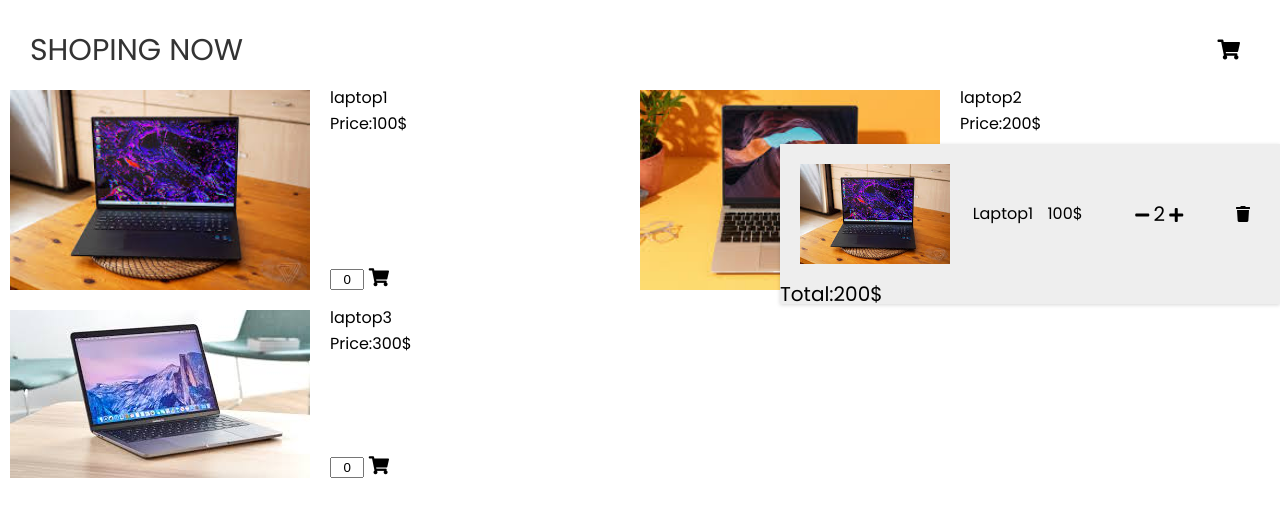
Repository: nttthao9/shopingcart
Page: index.html
An editor plug-in stored every save of this project. The page is shown before and after the next save, followed by the edit.
The browser window is 1280 px wide. The pictures show the whole page.
Some web libraries are served in a nearby version.

Above is the page before, as saved 2021-10-04 15:05:03.

### index.html
<!DOCTYPE html>
<html lang="en">

<head>
  <meta charset="UTF-8">
  <meta http-equiv="X-UA-Compatible" content="IE=edge">
  <meta name="viewport" content="width=device-width, initial-scale=1.0">
  <title>Shoping Cart</title>
  <link rel="preconnect" href="https://fonts.googleapis.com">
  <link rel="preconnect" href="https://fonts.gstatic.com" crossorigin>
  <link href="https://fonts.googleapis.com/css2?family=Poppins:wght@300;400;500;600&display=swap" rel="stylesheet">
  <link rel="stylesheet" href="https://cdnjs.cloudflare.com/ajax/libs/font-awesome/5.1.0-11/css/all.css"
    integrity="sha512-xO/VZFNBvip9IT+BD6Nq/pHdBvKeFcwygKqARlegjQ+5A68KsMSYrPbGP1oYow5ec9Tqq8peJXcn5J1bD4O00w=="
    crossorigin="anonymous" referrerpolicy="no-referrer" />
  <link rel="stylesheet" href="./styles/reset.css">
  <link rel="stylesheet" href="./styles/style.css">
</head>

<body>
  <div class="shoping">
    <div class="shoping-bar">
      <h2 class="shoping-title">Shoping now</h2>
      <div class="shoping-cart">
        <i class="fas fa-shopping-cart"></i>
      </div>
    </div>
    <div class="product-list">
      <!-- <div class="product-item">
        <img src="./images/laptop1.jpg" alt="" class="product-image">
        <div class="product-desc">
          <span class="product-name">Laptop1</span>
          <span>Price:<span class="product-price">100$</span></span>
          <div class="product-buy">
            <input type="number" name="" id="" class="product-count" value="0" min="0">
            <i class="fas fa-shopping-cart cart-icon"></i>
          </div>
        </div>
      </div> -->
    </div>
    <div class="cart">
      <div class="cart-item">
        <img src="./images/laptop1.jpg" alt="" class="cart-image">
        <div class="cart-desc">
          <span>Laptop1</span>
          <span>100$</span>
        </div>
        <div class="cart-change">
          <i class="fas fa-minus minus-count"></i>
          <span class="count">2</span>
          <i class="fas fa-plus plus-count"></i>
        </div>
        <i class="fa fa-trash trash-icon"></i>
      </div>
      <div class="total">Total:<span class="total-price">200$</span></div>
    </div>
  </div>
  <script src="./main.js"></script>
</body>

</html>

### styles/style.css
* {
  box-sizing: border-box;
}
html {
  font-size: 62.5%;
}
image {
  display: block;
  max-width: 100%;
}
input::-webkit-outer-spin-button,
input::-webkit-inner-spin-button {
  -webkit-appearance: none;
  margin: 0;
}
input[type='number'] {
  -moz-appearance: textfield;
}
body {
  font-family: 'Poppins', sans-serif;
  line-height: 1;
  font-size: 1.6rem;
}
.shoping {
  padding: 1rem;
}
.shoping-bar {
  display: flex;
  align-items: center;
  justify-content: space-between;
  padding: 2rem;
}
.shoping-title {
  font-size: 3rem;
  color: #333;
  text-transform: uppercase;
}
.shoping-cart {
  font-size: 2rem;
  padding: 1rem;
  cursor: pointer;
}
.product-list {
  display: flex;
  justify-content: space-between;
  flex-wrap: wrap;
}
.product-item {
  width: 50%;
  display: flex;
  margin-bottom: 2rem;
}
.product-name {
  display: block;
  margin-bottom: 1rem;
}
.product-price {
  display: inline-block;
  margin-bottom: 1rem;
}
.product-desc {
  margin-left: 2rem;
  display: flex;
  flex-direction: column;
}
.product-count {
  width: 15%;
  text-align: center;
}
.product-buy {
  margin-top: auto;
}
.cart-icon {
  display: inline-block;
  font-size: 1.8rem;
  cursor: pointer;
  margin-right: 2rem;
}
.product-image {
  width: 30rem;
  overflow: hidden;
  -o-object-fit: cover;
  object-fit: cover;
}
.cart {
  position: fixed;
  top: 20%;
  right: 0;
  width: 50rem;
  background-color: #eee;
  box-shadow: rgba(0, 0, 0, 0.16) 0px 1px 4px;
}
.cart-image {
  width: 15rem;
}
.cart-desc span {
  display: inline-block;
  margin-right: 1rem;
}
.cart-desc,
.cart-change {
  margin-right: 2rem;
}

.cart-item {
  display: flex;
  align-items: center;
  justify-content: space-between;
  padding: 2rem;
}
.count {
  font-size: 2rem;
}
.total,
.total-price {
  font-size: 2rem;
}
.trash-icon {
  padding: 1rem;
  cursor: pointer;
}

### main.js
const listItem = [
  {
    id: 1,
    name: 'laptop1',
    image: './images/laptop1.jpg',
    price: 100,
  },
  {
    id: 2,
    name: 'laptop2',
    image: './images/laptop2.jpg',
    price: 200,
  },
  {
    id: 3,
    name: 'laptop3',
    image: './images/laptop3.jpg',
    price: 300,
  },
];

const nameProduct = listItem.map((item) => Object.values(item));
console.log(nameProduct);
window.addEventListener('load', function () {
  const productList = document.querySelector('.product-list');
  const productId = listItem.map((item) => item.id);
  console.log(productId);
  const productName = listItem.map((item) => item.name);
  console.log(productName);
  const productPrice = listItem.map((item) => item.price);
  console.log(productPrice);
  function createProductItem(name, productName, productPrice) {
    const template = `<div class="product-item">
    <img src="./images/${name}.jpg" alt="" class="product-image">
    <div class="product-desc">
      <span class="product-name">${productName}</span>
      <span>Price:<span class="product-price">${productPrice}$</span></span>
      <div class="product-buy">
        <input type="number" name="" id="" class="product-count" value="0" min="0">
        <i class="fas fa-shopping-cart cart-icon"></i>
      </div>
    </div>
    </div>`;
    productList.insertAdjacentHTML('beforeend', template);
  }
  for (let i = 0; i < listItem.length; i++) {
    createProductItem(productName[i], productName[i], productPrice[i]);
  }
});

Loaded but not shown: styles/reset.css (common file)

After the next save:
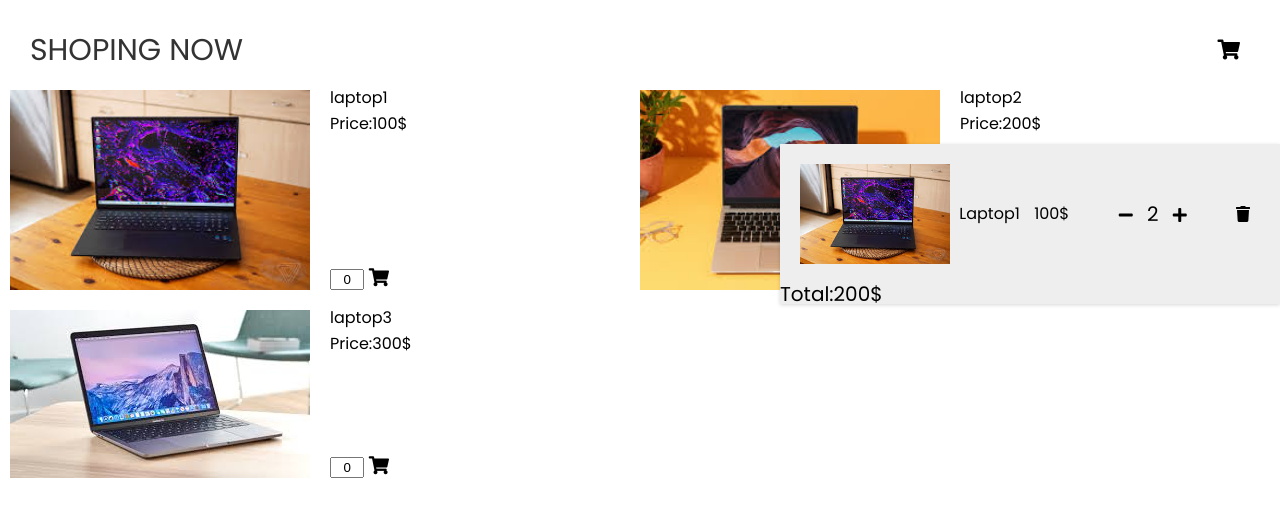
Saved 31 s later.
--- a/styles/style.css
+++ b/styles/style.css
@@ -101,7 +101,9 @@ body {
 .cart-change {
   margin-right: 2rem;
 }
-
+.cart-change i {
+  padding: 0 1rem;
+}
 .cart-item {
   display: flex;
   align-items: center;
